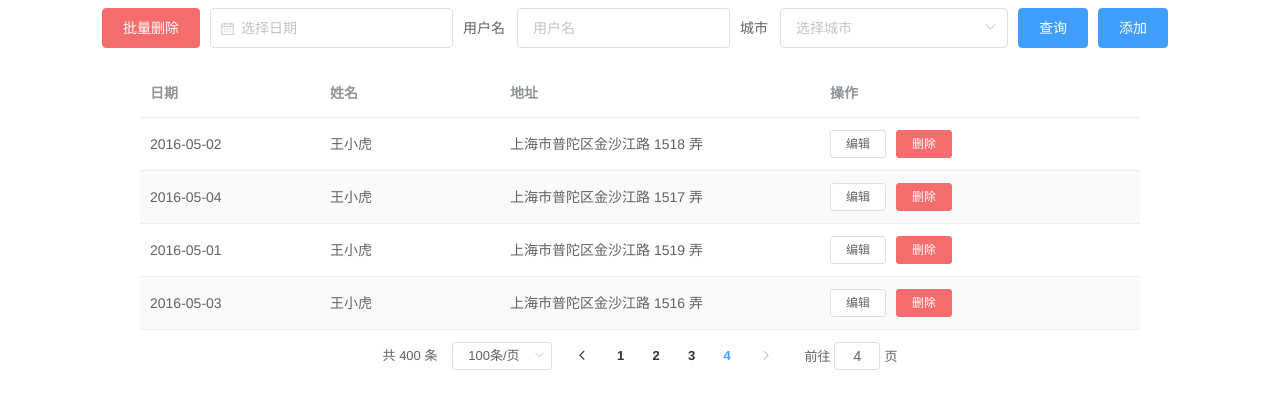
Repository: chang-meng-yun/vue_project
Page: /
An editor plug-in stored every save of this project. The page is shown before and after the next save, followed by the edit.
The browser window is 1280 px wide. The pictures show the whole page.
The project was rebuilt for these pictures with package versions that can differ from the ones it lists, and the page was loaded fresh each time. Also part of the build but not shown: vue.config.js, src/VBindStudy.vue, src/components/HelloWorld.vue, src/views/HomeView.vue.

Above is the page before, as saved 2024-06-27 12:21:54.

### public/index.html
<!DOCTYPE html>
<html lang="">
  <head>
    <meta charset="utf-8">
    <meta http-equiv="X-UA-Compatible" content="IE=edge">
    <meta name="viewport" content="width=device-width,initial-scale=1.0">
    <link rel="icon" href="<%= BASE_URL %>favicon.ico">
    <!-- <title><%= htmlWebpackPlugin.options.title %></title> -->
     <title>我是首页</title>
  </head>
  <body>
    <noscript>
      <strong>We're sorry but <%= htmlWebpackPlugin.options.title %> doesn't work properly without JavaScript enabled. Please enable it to continue.</strong>
    </noscript>
    <!-- 显示内容的地方 -->
    <div id="app"></div>
    <!-- built files will be auto injected -->
  </body>
</html>

### src/main.js
import Vue from 'vue'
import App from './App.vue'
import ElementUI from 'element-ui';
import 'element-ui/lib/theme-chalk/index.css';
import router from './router'

Vue.use(ElementUI);

Vue.config.productionTip = false
new Vue({
  router,
  render: h => h(App)
}).$mount('#app')

### src/App.vue
<template>
  <div id="app">
    <!-- <Hello></Hello> -->
    <!-- <VBindStudy></VBindStudy> -->
     <!-- <HomeWork></HomeWork> -->
      <!-- <reHome></reHome> -->
       <!-- <Model></Model> -->
        <FromFrame></FromFrame>
  </div>
</template>
<script>
  // 导入组件
  import Hello from '@/Hello.vue'
  import VBindStudy from '@/VBindStudy'
  import HomeWork from '@/HomeWork'
    import reHome from './views/reHome.vue'
  import FromFrame from '@/FromFrame.vue'
     // import Model from './views/Model.vue'
  export default{
    components:{
        Hello,
        VBindStudy,
        HomeWork,
        FromFrame
        // Model
    },
    data(){
      return{
        mark:true,
        name:"张三",
        mywidth:"350px",
        myImage:require("./assets/花.jpg")
      }
    },
    methods:{
     controller_div(){
        this.mark=!this.mark
        console.log(this.mark)
      },
      changeSize(){
        this.mywidth="500px"
      },
      changeImage(){
        console.log("pakaqiu")
        this.myImage=require("./assets/小樱花.webp")
      }
     }
    }
</script>
<style>
.box{
    width: 200px;
    height: 200px;
    background-color: red;
}
#app {
  font-family: Avenir, Helvetica, Arial, sans-serif;
  -webkit-font-smoothing: antialiased;
  -moz-osx-font-smoothing: grayscale;
  text-align: center;
  color: #2c3e50;
}

nav {
  padding: 30px;
}

nav a {
  font-weight: bold;
  color: #2c3e50;
}

nav a.router-link-exact-active {
  color: #42b983;
}
</style>

### src/Hello.vue
<template>
  <div>
        <!-- <nav>
      <router-link to="/">Home</router-link> |
      <router-link to="/about">About</router-link>
    </nav> -->
    <!-- <el-row>
      <el-button>默认按钮</el-button>
      <el-button type="primary">主要按钮</el-button>
      <el-button type="success">成功按钮</el-button>
      <el-button type="info">信息按钮</el-button>
      <el-button type="warning">警告按钮</el-button>
      <el-button type="danger">危险按钮</el-button>
    </el-row> -->

    <!-- <input  type="text" v-model="username"> -->
     <!-- <div  v-if="mark" class="box">
      div1-if标签
     </div> -->
     <!-- <el-button type="primary" v-on:click="controller_div()">控制div</el-button> -->
     <!-- <div  v-show ="mark" class="box"> -->
      <!-- div2-show标签 -->
     <!-- </div> -->
    <!-- <div>
      {{username}}
    </div> -->
    <!-- <router-view/> -->
     <!-- <hr> -->

     <el-row>
        <el-col :span="12">
          <div class="grid-content bg-purple">
         <img src="./assets/小雏菊.webp" v-bind:width="mywidth" />
         <br>
         <el-button type="primary" @click="changeSize()">改变大小</el-button>
        </div>
      </el-col>

        <el-col :span="12">
          <div class="grid-content bg-purple-light">
            <img v-bind:src="myImage" width="350px" />
            <br>
            <el-button type="primary" @click="changeImage()">改变图片</el-button>
        </div>
      </el-col>
      </el-row>

  </div>
</template>
<script>
     export default{
    // components:{
    //     Hello,
    //     VBindStudy
    // },
    data(){
      return{
        mark:true,
        name:"张三",
        mywidth:"350px",
        myImage:require("./assets/花.jpg")
      }
    },
    methods:{
     controller_div(){
        this.mark=!this.mark
        console.log(this.mark)
      },
      changeSize(){
        this.mywidth="500px"
      },
      changeImage(){
        console.log("pakaqiu")
        this.myImage=require("./assets/小樱花.webp")
      }
     },
     components:{

     }
    }
  </script>
  <style>
  .box{
      width: 200px;
      height: 200px;
      background-color: red;
  }
  #app {
    font-family: Avenir, Helvetica, Arial, sans-serif;
    -webkit-font-smoothing: antialiased;
    -moz-osx-font-smoothing: grayscale;
    text-align: center;
    color: #2c3e50;
  }

  nav {
    padding: 30px;
  }

  nav a {
    font-weight: bold;
    color: #2c3e50;
  }

  /* nav a.router-link-exact-active {
    color: #42b983;
  } */
  </style>

### src/HomeWork.vue
<template>
    <div id="all">

        <h3>请选择你喜欢的语言</h3>
        <table border="1" cellspacing="0" style="margin: 0 auto;" >
            <tr>
                <td v-for="(obj,index) in subject "
                :key="index"
                v-bind:class="{'bg':obj.mark}"
                @click="changeColor(obj,index)">{{obj.name}}</td>
            </tr>
        </table>

        <p style="text-align: center;">我最喜欢的编程语言是{{pro_name}}</p>
        <el-input v-model="inputName" placeholder="请输入你喜欢的书" style="width: 300px;"></el-input>
        <el-button type="primary" @click="addBook()">添加你喜欢的书本</el-button>
        <!-- <el-button type="primary" v-if="">隐藏</el-button> -->
       <!-- {{message}} -->


    </div>
</template>
<script>
    export default{
        data(){
        return{
            pro_name:"Java",
            inputName:"",
            subject:[
            {id:"1",name:"Java",mark:true},
            {id:"2",name:"C",mark:false},
            {id:"3",name:"C++",mark:false},
            {id:"4",name:"Python",mark:false},
            ],
        }
        },
        methods:{
            addBook(){
                console.log(this.inputName)
                this.subject.push({"name":this.inputName,"mark":false})
            },
            changeColor(obj,index){
                console.log(obj,index)
                this.pro_name = obj.name;
                for(var i=0;i<this.subject.length;i++){
                    this.subject[i].mark=false;
                }
                this.subject[index].mark=true;
                this.pro_name=this.subject[index].name;
            }
        },
        components:{

        }
    }

</script>
<style>
 tr td{
        width: 200px;
        height: 50px;
        /* background-color: rgb(130, 236, 176); */
    }
    .bg{
        /* background-color: rgb(218, 103, 80); */
    }
</style>

### src/views/reHome.vue
<template>
    <div>
       <h3>请选择你喜欢的语言</h3>
       <table cellspacing="0" border="1" style="margin: 0 auto;">
        <tr>
            <td v-for="(obj,index) in subjects"
            :key="index"
            v_bind :class="{'bg1':obj.mark}"
            @click="changeColor(obj,index)">
            {{obj.name}}
            </td>
        </tr>
       </table>
       <p>我最喜欢的语言是{{proname}}</p>
    </div>
</template>
<script>
  export default{
    data(){
        return{
          proname:"java",
          subjects:[
            {name:"Java",mark:true},
            {name:"C",mark:false},
            {name:"C++",mark:false},
            {name:"Python",mark:false},
          ]
        }
    },
    methods:{
        changeColor(obj,index){
            console.log(obj,index)
            this.proname=obj.name
            for(var i = 0;i<this.subjects.length;i++){
                this.subjects[i].mark=false;
            }
            obj.mark=true;
        }
    },
    components:{

    },
  }
</script>
<style>
 tr td{
        width: 200px;
        height: 50px;
        /* background-color: rgb(130, 236, 176); */
    }
    .bg1{
        /* background-color: rgb(218, 103, 80); */
    }
</style>

### src/FromFrame.vue
<template>
    <div>
        <!-- 功能区域 -->
        <div>
              <el-form :inline="true" :model="formInline" class="demo-form-inline">
                <el-form-item>
                    <el-button type="danger" @click="deleteAll">批量删除</el-button>
                  </el-form-item>
                <el-form-item prop="date1">
                    <el-date-picker type="date" placeholder="选择日期" v-model="formInline.date1" style="width: 100%;"></el-date-picker>
                  </el-form-item>
                <el-form-item label="用户名">
                  <el-input v-model="formInline.user" placeholder="用户名"></el-input>
                </el-form-item>
                <el-form-item label="城市">
                  <el-select v-model="formInline.region" placeholder="选择城市">
                    <el-option label="上海" value="shanghai"></el-option>
                    <el-option label="北京" value="beijing"></el-option>
                  </el-select>
                </el-form-item>
                <el-form-item>
                  <el-button type="primary" @click="onSubmit">查询</el-button>
                </el-form-item>
                <el-form-item>
                    <el-button type="primary" @click="addUser">添加</el-button>
                  </el-form-item>
              </el-form>
        </div>


        <!-- 数据显示区 -->
    <div style="width: 1000px;margin: 0 auto;">
        <el-table :data="tableData" stripe style="width: 100%">
        <el-table-column  prop="date" label="日期"width="180"></el-table-column>
        <el-table-column prop="name" label="姓名" width="180"></el-table-column>
        <el-table-column
          prop="address"
          label="地址">
        </el-table-column>
        <el-table-column label="操作">
            <template slot-scope="scope">
              <el-button
                size="mini"
                @click="handleEdit(scope.$index, scope.row)">编辑</el-button>
              <el-button
                size="mini"
                type="danger"
                @click="handleDelete(scope.$index, scope.row)">删除</el-button>
            </template>
          </el-table-column>
      </el-table>
    </div>
    <!-- 完整功能--页码 -->
    <div class="block" style="margin-top: 10px;">
        <span class="demonstration"></span>
        <el-pagination
          @size-change="handleSizeChange"
          @current-change="handleCurrentChange"
          :current-page="currentPage4"
          :page-sizes="[100, 200, 300, 400]"
          :page-size="100"
          layout="total, sizes, prev, pager, next, jumper"
          :total="400">
        </el-pagination>
      </div>
    </div>
</template>
<script>
     export default{
        data(){
        return{
            tableData: [{
            date: '2016-05-02',
            name: '王小虎',
            address: '上海市普陀区金沙江路 1518 弄'
            }, {
            date: '2016-05-04',
            name: '王小虎',
            address: '上海市普陀区金沙江路 1517 弄'
            }, {
            date: '2016-05-01',
            name: '王小虎',
            address: '上海市普陀区金沙江路 1519 弄'
            }, {
            date: '2016-05-03',
            name: '王小虎',
            address: '上海市普陀区金沙江路 1516 弄'
            }],
            formInline: {
            user: '',
            region: '',
            date1: '',
            },
            currentPage1: 5,
            currentPage2: 5,
            currentPage3: 5,
            currentPage4: 4
         }
        },
        methods: {
            handleEdit(index, row) {
            console.log(index, row);
            },
            handleDelete(index, row) {
            console.log(index, row);
            },
            onSubmit() {
           console.log('submit!');
           },
           handleSizeChange(val) {
           console.log(`每页 ${val} 条`);
            },
            handleCurrentChange(val) {
                console.log(`当前页: ${val}`);
            },
            deleteAll(){
                // 批量删除
            },
            addUser(){
                // 添加
            }
        },
        components:{

        }
     }
</script>
<style>

</style>

Loaded but not shown: src/router/index.js (common file)

After the next save:
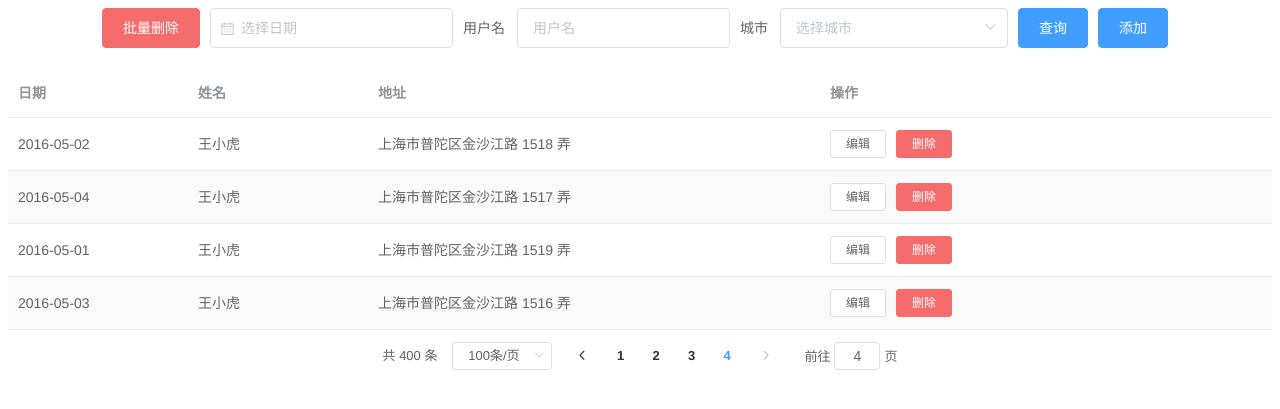
Saved 43 s later.
--- a/src/FromFrame.vue
+++ b/src/FromFrame.vue
@@ -29,7 +29,7 @@
 
 
         <!-- 数据显示区 -->
-    <div style="width: 1000px;margin: 0 auto;">
+    <div>
         <el-table :data="tableData" stripe style="width: 100%">
         <el-table-column  prop="date" label="日期"width="180"></el-table-column>
         <el-table-column prop="name" label="姓名" width="180"></el-table-column>
